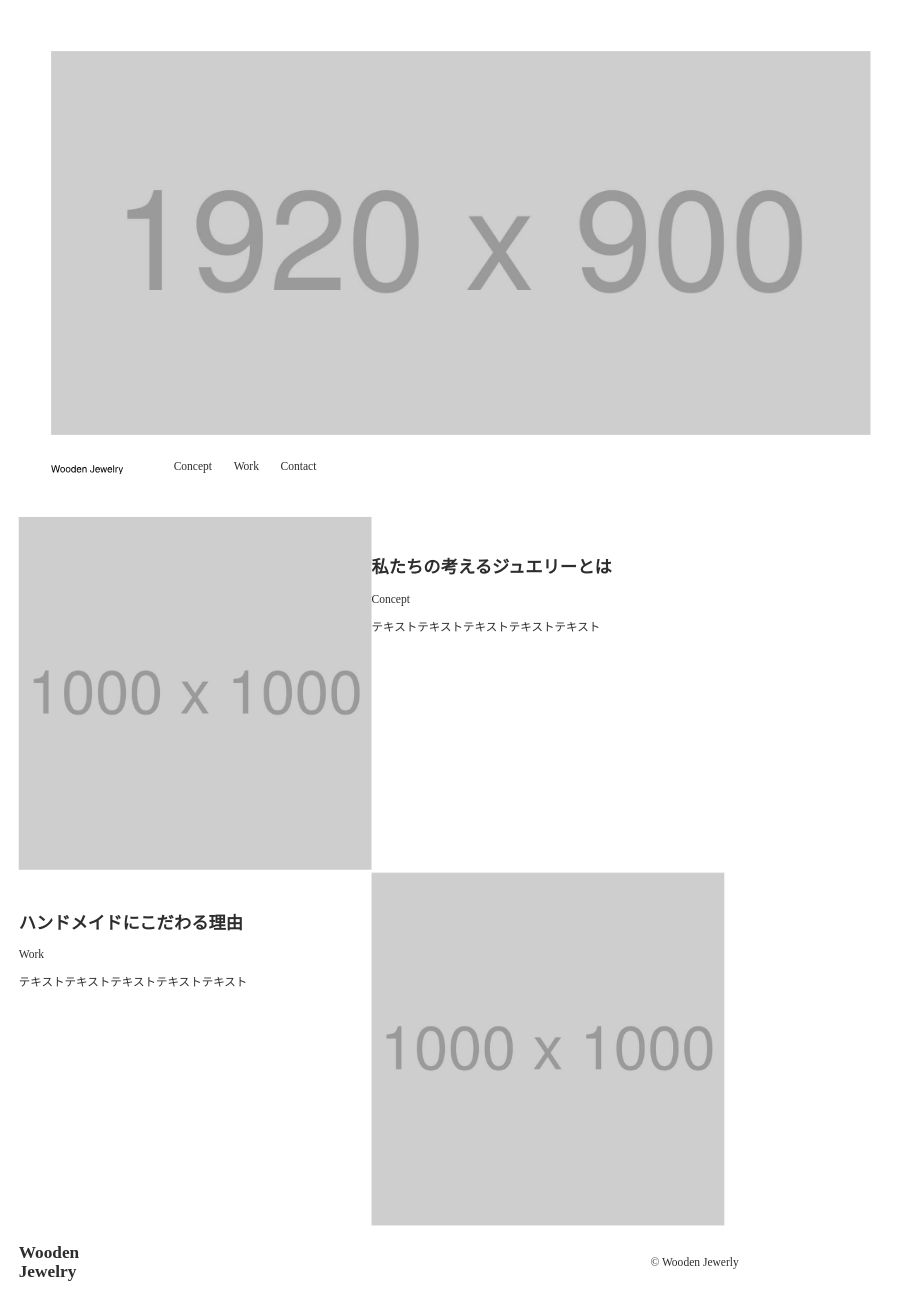
Repository: Fuki-san/jewelry
Page: http://localhost/jewelry
The author's editor kept a copy of each file at every save. The page is drawn from the files as they stood at one save, then again after the next save.
The browser window is 1280 px wide. The pictures show the whole page, at 72% of full size.
The page is served by the project's Laravel application, run on PHP 8.4 with Laravel 10. Other server files are loaded and not shown.

Above is the page before, as saved 2023-11-26 14:44:02.

### routes/web.php
<?php

use Illuminate\Support\Facades\Route;

/*
|--------------------------------------------------------------------------
| Web Routes
|--------------------------------------------------------------------------
|
| Here is where you can register web routes for your application. These
| routes are loaded by the RouteServiceProvider and all of them will
| be assigned to the "web" middleware group. Make something great!
|
*/

Route::get('/', function () {
    return view('welcome');
});

Route::get('jewelry', function () {
    return view('jewelry');
});

### resources/views/jewelry.blade.php
@extends('layouts.main')

@section('title', 'jewelry')

@section('content')
    <div id="mainvisual">
        <img src="img/mainvisual.jpg">
    </div>
    <header id="header">
        <h1 class="site-title"><a href="#"><img src="img/logo.svg"></a></h1>
        <nav>
            <ul>
                <li><a href="#concept">Concept</a></li>
                <li><a href="#work">Work</a></li>
                <li><a href="mailto:xxx@xxx.xxx?subject=お問い合わせ">Contact</a></li>
            </ul>
        </nav>
    </header>

    <div class="container">
        <main>
            <section id="concept" class="content">
                <div class="img">
                    <img src="img/concept.jpg">
                </div>
                <div class="text">
                    <h2 class="section-title">私たちの考えるジュエリーとは</h2>
                    <span class="section-title-en">Concept</span>
                    <p>テキストテキストテキストテキストテキスト</p>
                </div>
            </section>

            <section id="work" class="content">
                <div class="text">
                    <h2 class="section-title">ハンドメイドにこだわる理由</h2>
                    <span class="section-title-en">Work</span>
                    <p>テキストテキストテキストテキストテキスト</p>
                </div>
                <div class="img">
                    <img src="img/work.jpg">
                </div>
            </section>
        </main>

        <footer id="footer">
            <h2 class="site-title">Wooden Jewelry</h2>
            <p class="copyright">&copy; Wooden Jewerly</p>
        </footer>
    </div>

@endsection

### resources/views/layouts/main.blade.php
<!DOCTYPE html>
<html lang="ja">
<head>
    <meta charset="UTF-8">
    <meta name="viewport" content="width=device-width, initial-scale=1.0">
    <meta http-equiv="X-UA-Compatible" content="ie=edge">
    <link rel="stylesheet" href="{{ asset('css/reset.css') }}">
    <link rel="stylesheet" href="{{ asset('css/style.css') }}">
    <link rel="icon" href="img/favicon.ico">
    <title>@yield('title')</title>
</head>
<body>
    @yield('content')
</body>
</html>

### public/css/style.css
@charset "utf-8";

html{
    font-size: 100%;
}
body{
    font-family: 'Crimson Text', serif;
    color: #2d2d2d;
}
ul{
    list-style: none;
}
a{
    text-decoration: none;
    color:#2d2d2d;
}

img{
    max-width: 100%;
    /* img親のdivのコンテンツラインと子のimgコンテンツラインの下端だけ少し隙間がある。
    その理由は、画像の横にテキストが入力された場合にデフォルトで定まっているvertical-align baseline
    が適応され、英文字のbaseline的に多少の文字の一部が下に出てしまうからであり、今回は文字もかかず、
    子imgと親divの下端の隙間はいらないため、vertical-align bottomで隙間を除去する。
    baselineとbottomの差は微小なので分かりずらいが、例えばgのbaselineはgフォントの下のクルンって
    なっているところの途中で baselineがくるが、bottomならほんとに一番下のクルンのところでくる
    隙間があるかどうかは親divのbackgroundcolorを設定すると分かりやすい */
    vertical-align: buttom;
}

.container{
    /* margin: 0 auto; */
    max-width: 1000px;
    padding: 0 18px;
}

.content{
    display: flex;
}
.img{
    width: 49%;
}
.text{
    width: 49%;
}

#mainvisual{
    padding: 5% 5% 0 5%;
}
.site-title{
    width: 100px;
}
#header{
    display: flex;
    align-items: center;
    padding: 0 5%;
}
#header ul{
    display: flex;
}
#header li{
    margin-left: 30px;
}
.container{
    padding-top: 30px;
}
.text{
    padding: 30px 0;
}


#footer {
    display: flex;
    justify-content: space-between;
    align-items: center;
}

### public/img/logo.svg
<?xml version="1.0" encoding="utf-8"?>
<!-- Generator: Adobe Illustrator 15.1.0, SVG Export Plug-In . SVG Version: 6.00 Build 0)  -->
<!DOCTYPE svg PUBLIC "-//W3C//DTD SVG 1.1//EN" "http://www.w3.org/Graphics/SVG/1.1/DTD/svg11.dtd">
<svg version="1.1" id="レイヤー_1" xmlns="http://www.w3.org/2000/svg" xmlns:xlink="http://www.w3.org/1999/xlink" x="0px"
	 y="0px" width="1000px" height="140px" viewBox="0 0 1000 140" enable-background="new 0 0 1000 140" xml:space="preserve">
<g>
	<path d="M39.405,111.195H25.498L0,13.294h14.317l18.271,79.63h0.273l21.952-79.63h14.454l21.953,79.63h0.273l18.271-79.63h14.59
		l-25.771,97.901H84.674l-22.362-81.13H62.04L39.405,111.195z"/>
	<path d="M160.348,37.837c22.771,0,33.133,19.226,33.133,37.634c0,18.407-10.362,37.633-33.133,37.633
		c-22.771,0-33.134-19.226-33.134-37.633C127.214,57.063,137.577,37.837,160.348,37.837z M160.348,102.741
		c17.18,0,20.726-17.726,20.726-27.27c0-9.545-3.545-27.271-20.726-27.271c-17.181,0-20.725,17.726-20.725,27.271
		C139.623,85.015,143.167,102.741,160.348,102.741z"/>
	<path d="M236.16,37.837c22.771,0,33.133,19.226,33.133,37.634c0,18.407-10.362,37.633-33.133,37.633
		c-22.771,0-33.134-19.226-33.134-37.633C203.026,57.063,213.389,37.837,236.16,37.837z M236.16,102.741
		c17.18,0,20.726-17.726,20.726-27.27c0-9.545-3.545-27.271-20.726-27.271c-17.181,0-20.725,17.726-20.725,27.271
		C215.435,85.015,218.979,102.741,236.16,102.741z"/>
	<path d="M342.105,111.195h-11.318v-9.817h-0.272c-5.182,9.681-13.362,11.863-20.316,11.863c-24.271,0-31.361-22.771-31.361-39.815
		c0-20.044,10.772-35.588,29.724-35.588c12.954,0,18.408,8.045,21.271,12.136l0.273-0.955V13.294h12V111.195z M310.471,102.877
		c7.637,0,19.499-5.044,19.499-23.998c0-11.59-1.909-30.271-19.226-30.271c-18.544,0-19.499,17.59-19.499,26.725
		C291.245,91.015,297.381,102.877,310.471,102.877z"/>
	<path d="M419.28,88.833c-0.408,3.409-3.681,13.499-12.681,19.499c-3.272,2.181-7.908,4.909-19.362,4.909
		c-20.043,0-31.907-15.135-31.907-35.725c0-22.089,10.636-39.679,34.225-39.679c20.589,0,30.679,16.363,30.679,41.588h-52.086
		c0,14.862,6.954,23.452,20.726,23.452c11.317,0,17.998-8.727,18.408-14.044H419.28z M407.827,69.88
		c-0.682-11.044-5.317-21.271-19.907-21.271c-11.045,0-19.771,10.227-19.771,21.271H407.827z"/>
	<path d="M492.638,111.195h-11.999V67.29c0-12.408-3.545-18.681-15.271-18.681c-6.817,0-18.817,4.363-18.817,23.726v38.86h-11.998
		V39.882h11.317v10.09h0.273c2.59-3.818,9.271-12.136,21.543-12.136c11.044,0,24.952,4.5,24.952,24.816V111.195z"/>
	<path d="M554.132,79.697v6.818c0,11.726,5.591,15.953,14.727,15.953c12.271,0,15.68-7.363,15.68-16.908V13.294h13.227v71.449
		c0,22.907-14.999,29.043-28.225,29.043c-22.771,0-27.815-15.272-27.815-24.407v-9.681H554.132z"/>
	<path d="M676.985,88.833c-0.409,3.409-3.682,13.499-12.681,19.499c-3.272,2.181-7.908,4.909-19.362,4.909
		c-20.044,0-31.906-15.135-31.906-35.725c0-22.089,10.636-39.679,34.225-39.679c20.589,0,30.679,16.363,30.679,41.588h-52.086
		c0,14.862,6.954,23.452,20.726,23.452c11.317,0,17.998-8.727,18.407-14.044H676.985z M665.531,69.88
		c-0.681-11.044-5.316-21.271-19.906-21.271c-11.045,0-19.771,10.227-19.771,21.271H665.531z"/>
	<path d="M715.574,111.195h-12.407l-20.59-71.313h13.091l13.634,56.041h0.273l13.771-56.041h13.362l13.908,56.041h0.273
		l14.453-56.041h11.998l-20.725,71.313h-12.409l-14.453-55.223h-0.272L715.574,111.195z"/>
	<path d="M847.153,88.833c-0.409,3.409-3.682,13.499-12.681,19.499c-3.272,2.181-7.908,4.909-19.362,4.909
		c-20.044,0-31.906-15.135-31.906-35.725c0-22.089,10.635-39.679,34.225-39.679c20.589,0,30.679,16.363,30.679,41.588h-52.086
		c0,14.862,6.954,23.452,20.726,23.452c11.317,0,17.998-8.727,18.407-14.044H847.153z M835.699,69.88
		c-0.682-11.044-5.316-21.271-19.906-21.271c-11.045,0-19.771,10.227-19.771,21.271H835.699z"/>
	<path d="M874.695,111.195h-11.998V13.294h11.998V111.195z"/>
	<path d="M906.327,111.195h-11.999V39.882h11.318v11.863h0.271c4.772-8.318,11.045-13.909,20.045-13.909
		c1.499,0,2.181,0.137,3.135,0.409v12.408h-4.499c-11.182,0-18.271,8.727-18.271,19.09V111.195z"/>
	<path d="M986.774,39.882H1000c-8.317,23.316-16.499,46.633-25.634,69.949c-11.317,28.907-12.544,30.543-27.953,30.543
		c-1.772,0-3.135-0.545-5.044-1.091v-10.908c1.499,0.545,3.954,1.227,7.227,1.227c6.272,0,6.954-1.772,12.681-16.499l-26.453-73.221
		h13.636l18.953,58.086h0.273L986.774,39.882z"/>
</g>
</svg>

After the next save:
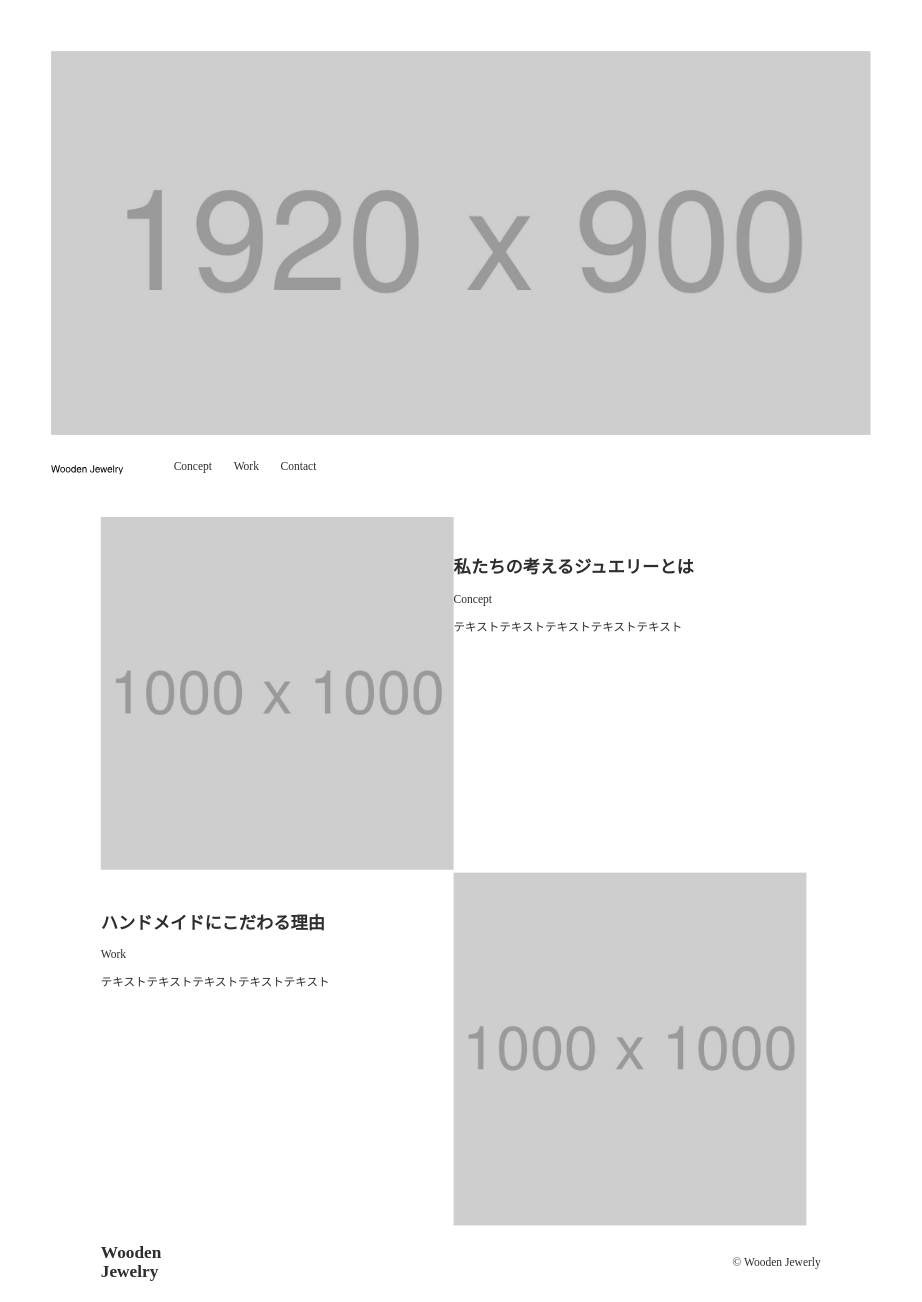
Saved 9 s later.
--- a/public/css/style.css
+++ b/public/css/style.css
@@ -28,7 +28,7 @@ img{
 }
 
 .container{
-    /* margin: 0 auto; */
+    margin: 0 auto;
     max-width: 1000px;
     padding: 0 18px;
 }
